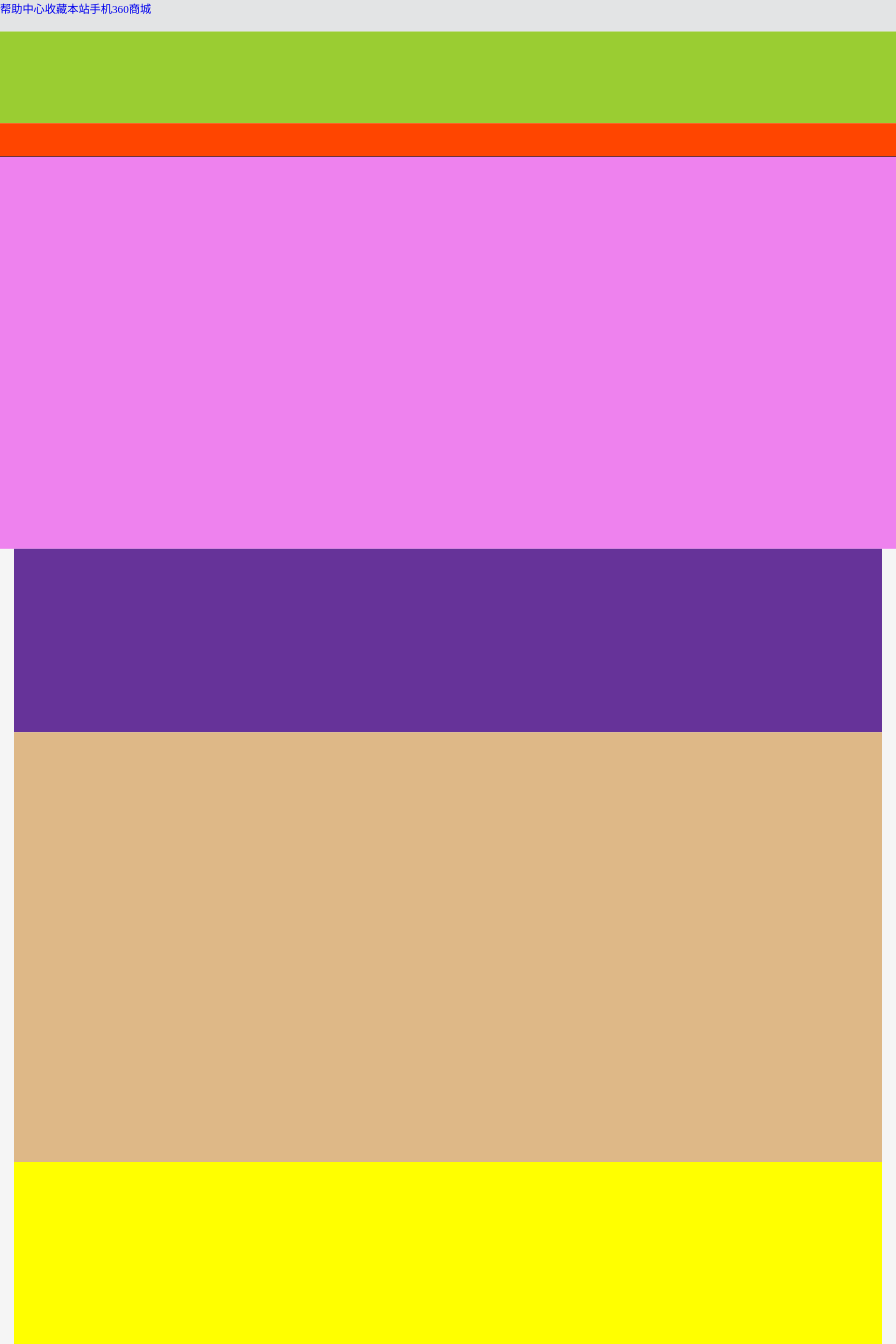
Repository: zhanguangJ/360Mark
Page: main.html
An editor plug-in stored every save of this project. The page is shown before and after the next save, followed by the edit.
The browser window is 1280 px wide. The pictures show the part of the page from y = 0 to 1920 px (the page is 4307 px tall before and 4176 px after), at 70% of full size.

Above is the page before, as saved 2019-05-07 21:24:17.

After the next save:
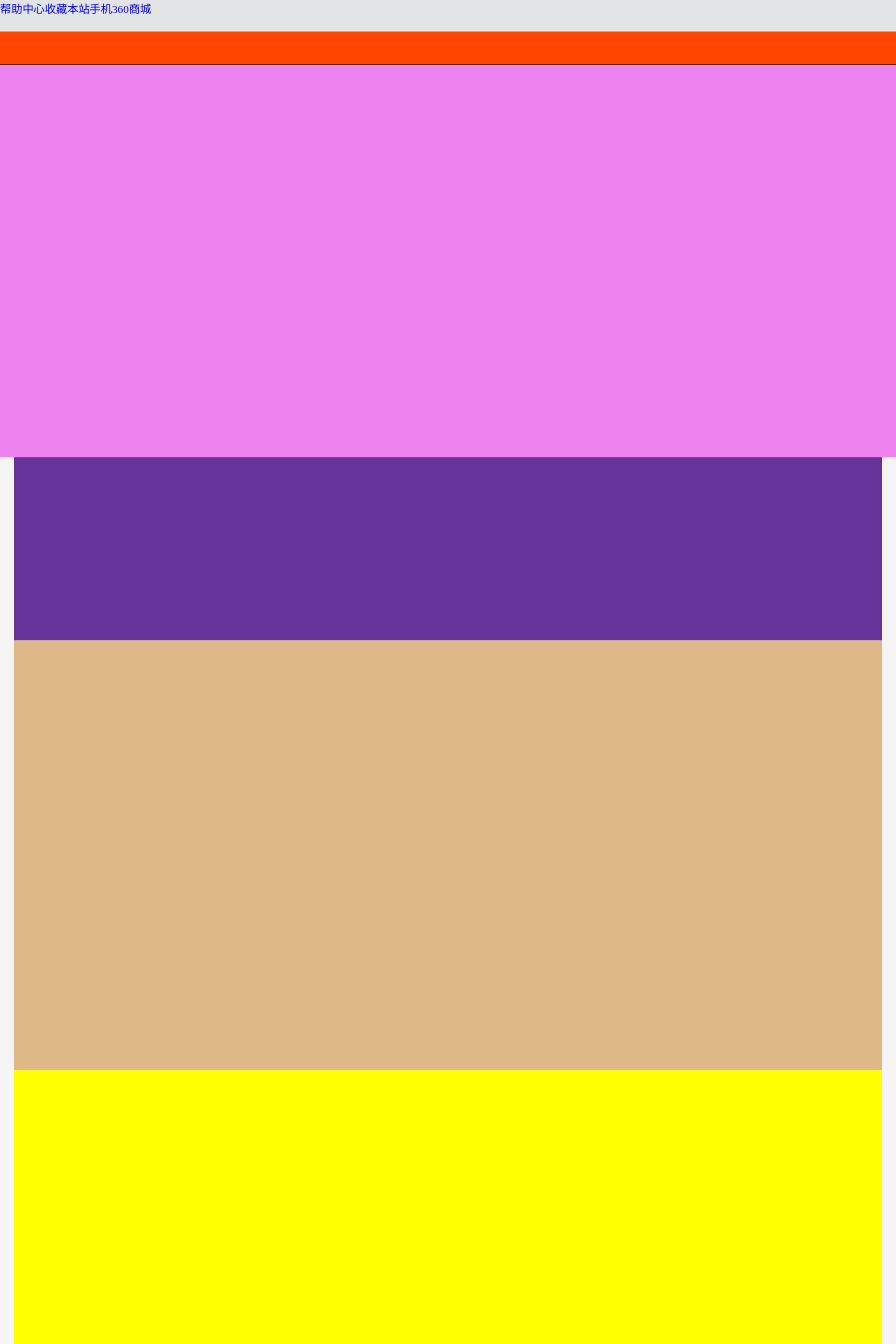
Saved 99 s later.
--- a/src/css/index.css
+++ b/src/css/index.css
@@ -11,7 +11,7 @@
     height: 45px;
     background: #E3E4E5;
 }
-
+.topbox
 
 
 
